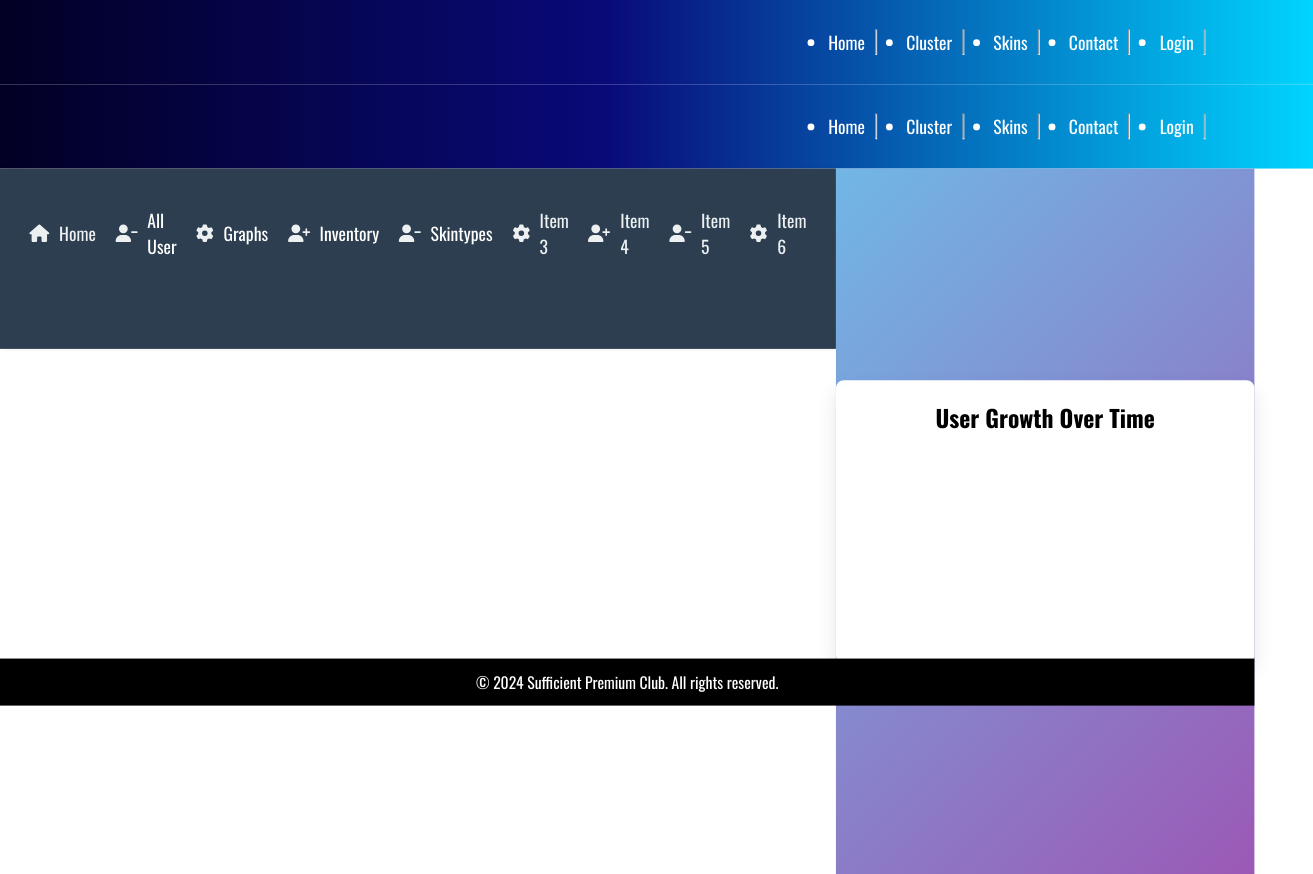
Repository: TechMukul/new
Page: /Graphs
These files come from the project's save history. The page is drawn as it stood at one moment and after the next save; the edit follows.
The browser window is 1280 px wide. The page is 1340 px wide, so the pictures cover 1340 px, including what lies to the right of the window. The pictures show the whole page, at 98% of full size.
The page's requests for data from a server got no answer. Some web fonts or font styles are not loaded; a fallback is used. The project was rebuilt for these pictures with package versions that can differ from the ones it lists, and the page was loaded fresh each time. The framework's server and built-in components were replaced by stand-ins that run in the browser. No one was signed in, and anything a server would have sent is missing. Also part of the build but not shown: next.config.mjs.

Above is the page before, as saved 2024-08-08 15:45:16.

After the next save:
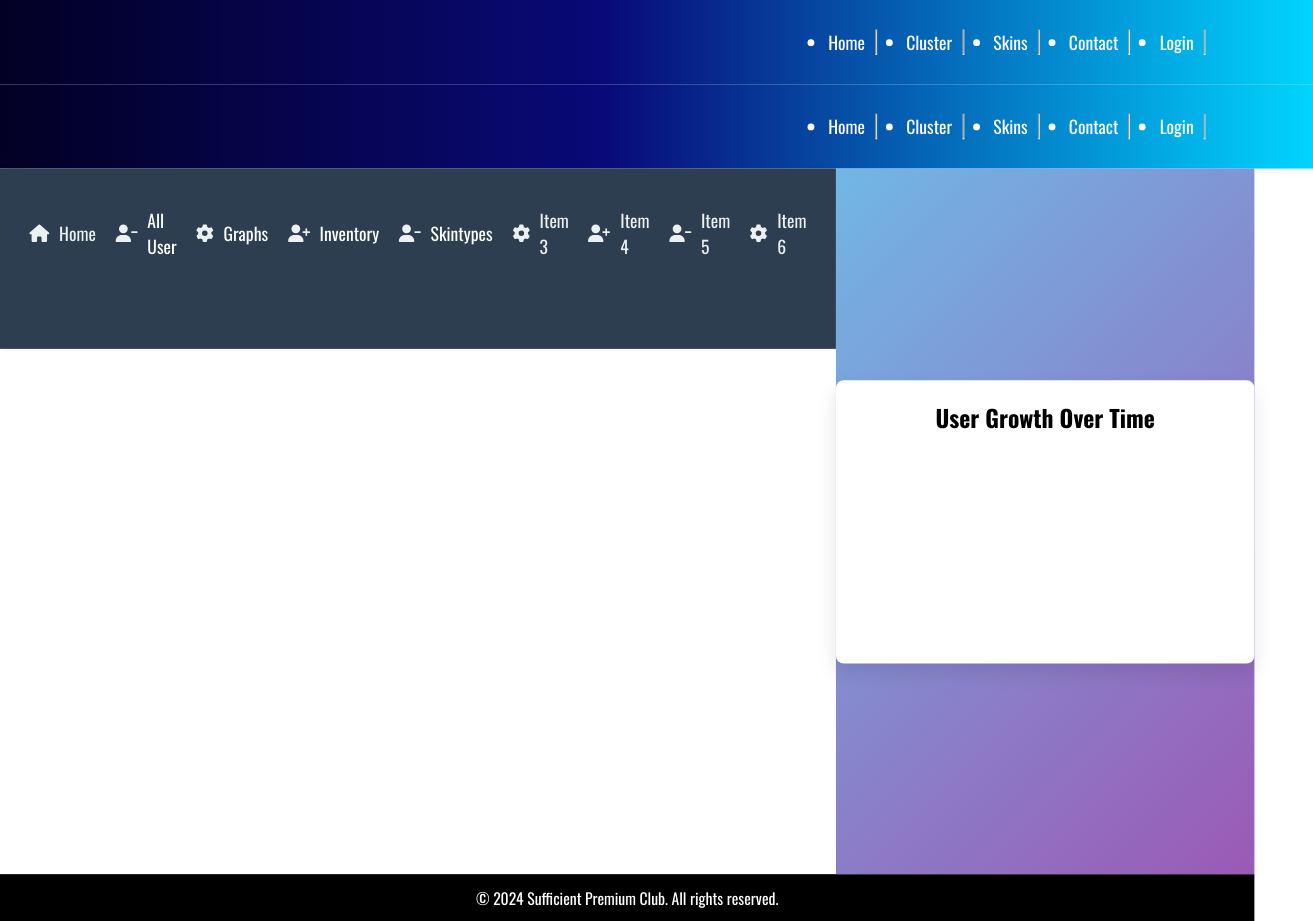
Saved 11 s later.
--- a/Components/Footer/inde.module.scss
+++ b/Components/Footer/inde.module.scss
@@ -6,7 +6,7 @@
     align-items: center;
     background-color: black;
     color: white;
-    position: absolute;
+    // position: absolute;
     bottom: 0;
 
     .text {
